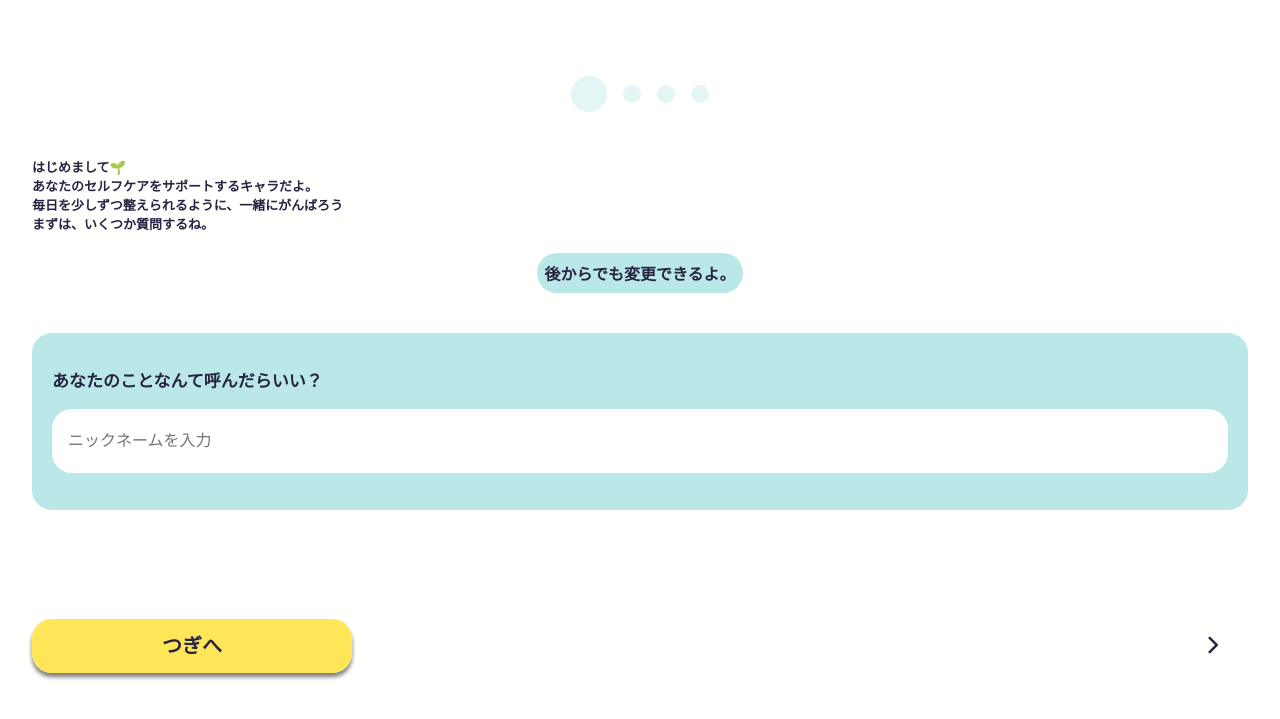
Repository: misaki0919/Self-care
Page: name.html
An editor plug-in stored every save of this project. The page is shown before and after the next save, followed by the edit.
The browser window is 1280 px wide. The pictures show the whole page.
Some web fonts or font styles are not loaded; a fallback is used.

Above is the page before, as saved 2026-07-15 09:51:18.

### name.html
<!DOCTYPE html>
<html lang="ja">
<head>
    <meta charset="UTF-8">
    <meta name="viewport" content="width=device-width, initial-scale=1.0">
    <title>名前記入</title>
    <link href="css/name.css" rel="stylesheet">
    <link rel="preconnect" href="https://fonts.googleapis.com">
    <link rel="preconnect" href="https://fonts.gstatic.com" crossorigin>
    <link href="https://fonts.googleapis.com/css2?family=Archivo+Black&family=Noto+Serif+JP:wght@200..900&family=Zen+Maru+Gothic&display=swap" rel="stylesheet">

</head>
<body>
    <div class="circle_wrap">
        <div class="diffrent_circle"></div>
        <div class="circle"></div>
        <div class="circle"></div>
        <div class="circle"></div>
    </div>
    <p class="welcome zen-maru-gothic-regular">はじめまして🌱<br>あなたのセルフケアをサポートするキャラだよ。
    <br>毎日を少しずつ整えられるように、一緒にがんばろう<br>まずは、いくつか質問するね。</p>
    <p class="reset zen-maru-gothic-regular">後からでも変更できるよ。</p>
    <div class="wrap zen-maru-gothic-regular">
        <p class="how_to_call">あなたのことなんて呼んだらいい？</p>
        <input type="email" class="textbox" placeholder="ニックネームを入力">
    </div>
    <div class="images_wrap zen-maru-gothic-regular">
        <a href="character.html" class="next">つぎへ</a>
        <img class="images" src="images/next.png" alt="画像">
    </div>
</body>
</html>

### css/name.css
body{
    background-color: #FFFFFE;
    color: #272343;
    padding-left: 24px;
    padding-right: 24px;
}
.zen-maru-gothic-regular {
    font-family: "Zen Maru Gothic", sans-serif;
    font-weight: 600;
    font-style: normal;
}
.circle_wrap{
    display: flex;
    justify-content: center;
    margin-top: 76px;
    gap: 16px;
    align-items: center;
    .diffrent_circle{
        width: 36px;
        height: 36px;
        background-color: #E3F6F5;
        border-radius: 50%;

    }
    .circle{
        width: 18px;
        height: 18px;
        background-color: #E3F6F5;
        border-radius: 50%;
        text-align: center;

    }
}

.welcome{
    /* background-color: tomato; */
    margin-top: 45px;
    font-size: 13px;

}
.reset{
    font-size: 16px;
    background-color: #BAE8E8;
    border-radius: 20px;
    padding-bottom: 8px;
    padding-top: 8px;
    text-align: center;
    width: 206px;
    margin: 20px auto;
}
.how_to_call{
    font-size: 17px;

}
.textbox{
    color: #969696;
    width: 100%;
    height: 64px;
    border: none;
    border-radius: 20px;
    background-color: #fff;
    padding: 0 16px;
    font-size: 16px;
    outline: none;
    box-sizing: border-box;

}
.wrap{
    /* background-color: tomato; */
    border-radius: 20px;
    background-color: #BAE8E8;
    padding: 17px 20px 0;
    height: 160px;
    margin: 40px 0 120px;

}
.next{
    font-size: 20px;
    background-color: #FFE558;
    border-radius: 20px;
    padding: 16px 130px;
    text-align: center;
    margin-top: 60px;
    text-decoration: none;
    color: #272343;
    box-shadow: #7b7b7b 0px 4px 4px 0px;
}
.images_wrap{
    position: relative;

}
.images{
    width: 30px;
    position: absolute;
    right: 20px;
    /* background-color: tomato; */
}

After the next save:
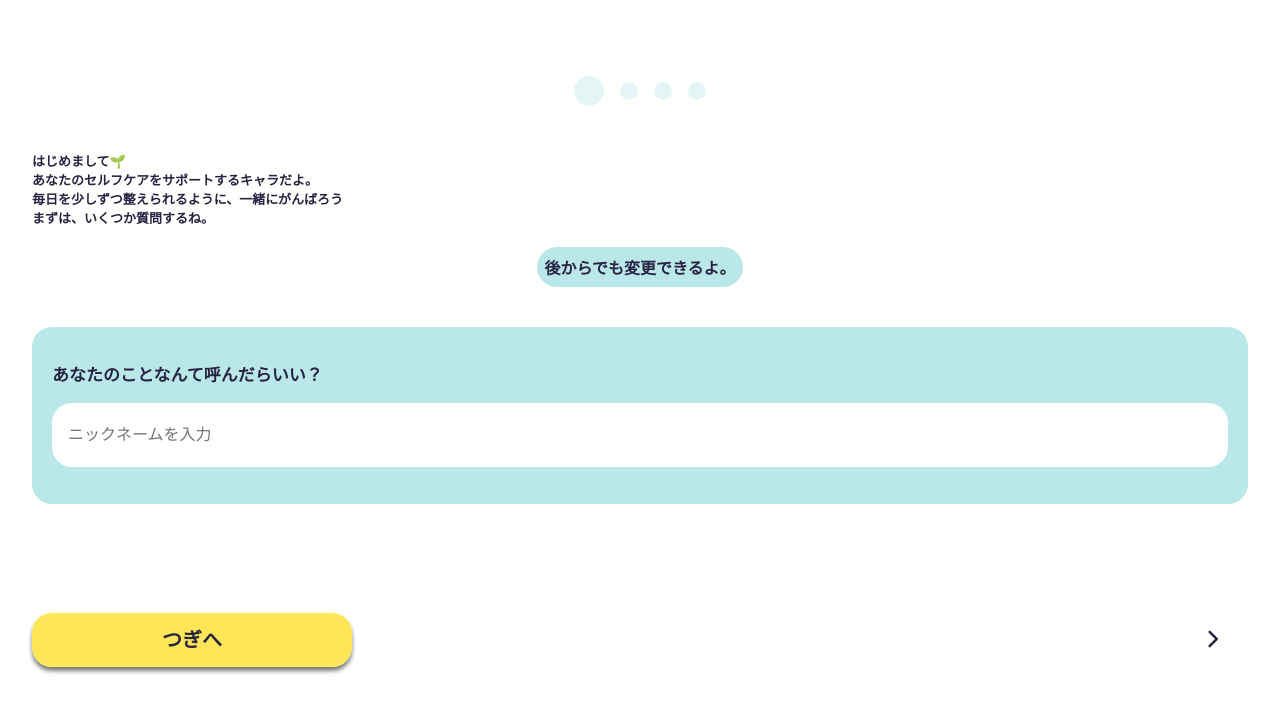
Saved 12 s later.
--- a/css/name.css
+++ b/css/name.css
@@ -16,8 +16,8 @@ body{
     gap: 16px;
     align-items: center;
     .diffrent_circle{
-        width: 36px;
-        height: 36px;
+        width: 30px;
+        height: 30px;
         background-color: #E3F6F5;
         border-radius: 50%;
 
